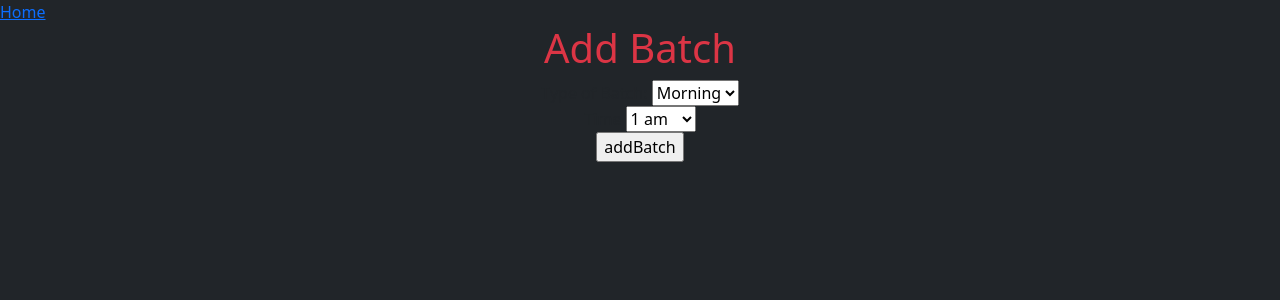
Repository: Jannis-Buschhaus/simplilearn-assessment-phase2
Page: http://localhost/FunfitWebapp/addBatch.jsp
An editor plug-in stored every save of this project. The page is shown before and after the next save, followed by the edit.
The browser window is 1280 px wide. The pictures show the whole page.
The page is served by Tomcat 9. Other server files are loaded and not shown.

Above is the page before, as saved 2024-05-30 14:26:28.

### FunfitWebapp/src/main/webapp/addBatch.jsp
<%@ page language="java" contentType="text/html; charset=UTF-8"
    pageEncoding="UTF-8"%>
<!DOCTYPE html>
<html>
<head>
<meta charset="UTF-8">
<title>Add Batch</title>
<link href="https://cdn.jsdelivr.net/npm/bootstrap@5.3.3/dist/css/bootstrap.min.css" rel="stylesheet" integrity="sha384-QWTKZyjpPEjISv5WaRU9OFeRpok6YctnYmDr5pNlyT2bRjXh0JMhjY6hW+ALEwIH" crossorigin="anonymous">
</head>
<body class="bg-dark">
	<a href="index.jsp">Home</a>
	<h1 class="text-danger text-center">Add Batch</h1>
	<div class="text-center">
		<form action="BatchController" method="post">
		<label for="typeOfBatch">Type of Batch: </label>
		<select name="typeOfBatch">
			<option value="morning">Morning</option>
			<option value="evening">Evening</option>
		</select><br/>
		<label for="time">Time</label>
		<select name="time">
			<% for(int i=1; i<=12; i++){ %>
				<option value="<%=i%>am"><%=i%> am</option>
			<% }%>
			<% for(int i=1; i<=12; i++){ %>
				<option value="<%=i%>pm"><%=i%> pm</option>
			<% }%>
		</select><br />
		<input type="submit" value="addBatch" />
		</form>
	</div>
</body>
</html>

After the next save:
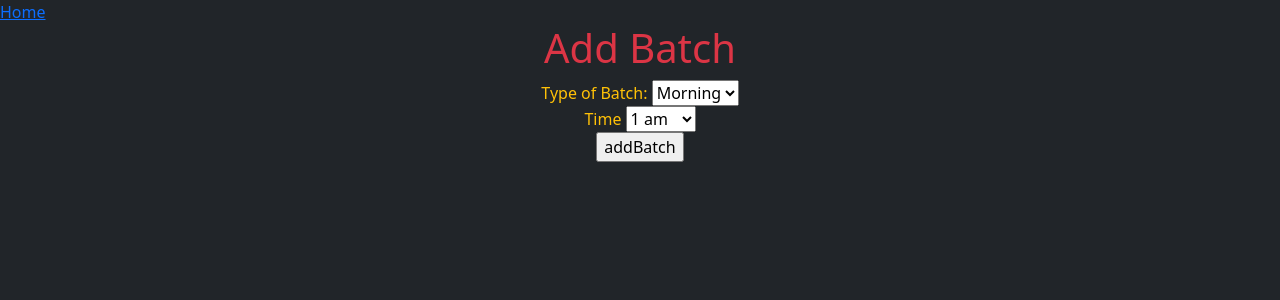
Saved 31 s later.
--- a/FunfitWebapp/src/main/webapp/addBatch.jsp
+++ b/FunfitWebapp/src/main/webapp/addBatch.jsp
@@ -12,12 +12,12 @@
 	<h1 class="text-danger text-center">Add Batch</h1>
 	<div class="text-center">
 		<form action="BatchController" method="post">
-		<label for="typeOfBatch">Type of Batch: </label>
+		<label class="text-warning" for="typeOfBatch">Type of Batch: </label>
 		<select name="typeOfBatch">
 			<option value="morning">Morning</option>
 			<option value="evening">Evening</option>
 		</select><br/>
-		<label for="time">Time</label>
+		<label class="text-warning" for="time">Time</label>
 		<select name="time">
 			<% for(int i=1; i<=12; i++){ %>
 				<option value="<%=i%>am"><%=i%> am</option>
